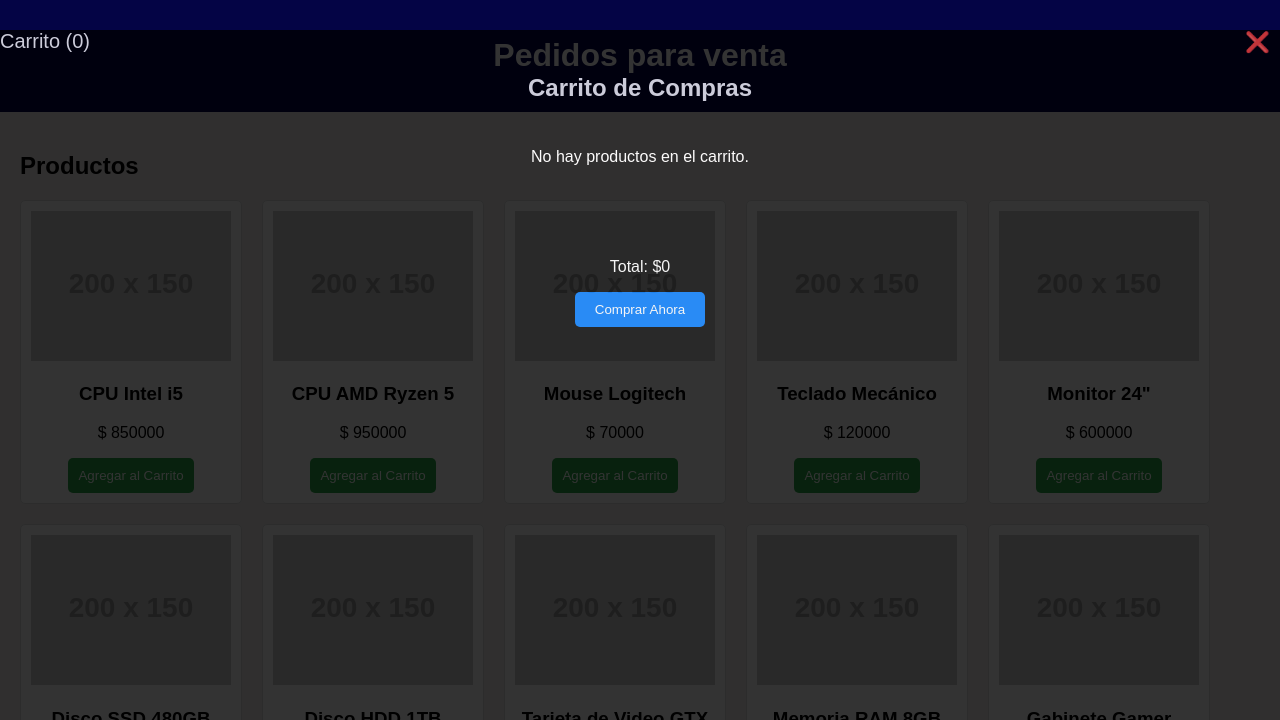
Repository: ye909/RAVPIP
Page: src/templei/ventasPortatil.html
The author's editor kept a copy of each file at every save. The page is drawn from the files as they stood at one save, then again after the next save.
The browser window is 1280 px wide. The pictures show the window.
A layer covers the whole window, so only the first screen is drawn.

Above is the page before, as saved 2025-04-10 08:36:43.
Console error: ReferenceError: updateCart is not defined

### src/templei/ventasPortatil.html


<!DOCTYPE html>
<html lang="es">
<head>
    <meta charset="UTF-8">
    <meta name="viewport" content="width=device-width, initial-scale=1.0">
    <title>Tienda de Medios Tecnológicos</title>
    <link rel="stylesheet" href="../css/ventas.css">
</head>
<body>
  <header>
    <h1>Pedidos para venta </h1>

  </header>

  <main class="containerCarrito">
    <section id="productos">
      <h2>Productos</h2>
      <div class="product-list" id="product-list">

      </div>
    </section>

    <section id="carrito" class="carrito">
      <di class="containerClose">
        <div>
            <li>Carrito (<span id="cart-count">0</span>)</li>
         </div>
        <div id="close">❌</div>
      </di>
      <h2>Carrito de Compras</h2>
      <div id="cart-items">
        <p>No hay productos en el carrito.</p>
      </div>
      <p>Total: $<span id="cart-total">0</span></p>
      <button id="checkout-btn" >Comprar Ahora</button>
    </section>


  </main>

  <!-- <footer>
    <p>&copy; 2023 Tienda de Medios Tecnológicos</p>
  </footer> -->


    <script src="../js/ventas.js"></script>

</body>
</html>

### src/css/ventas.css
body {
  font-family: Arial, sans-serif;
  margin: 0;
  padding: 0;
  background-color: #f4f4f9;
}

header {
  background-color: #040445;
  color: #fff;
  padding: 1rem;
  text-align: center;
}
 li {
list-style: none;
}
main {
  padding: 20px;
  background: #efebeb;

}

.product-list {
  display: flex;
  flex-wrap: wrap;
  gap: 20px;
}
.product {
  background-color: #fff;
  border: 1px solid #ddd;
  border-radius: 5px;
  padding: 10px;
  width: 200px;
  text-align: center;
}

.product img {
  max-width: 100%;
  height: auto;
}

.add-to-cart {
  background-color: #28a745;
  color: #fff;
  border: none;
  padding: 10px;
  cursor: pointer;
  border-radius: 5px;
}

.add-to-cart:hover {
  background-color: #218838;
}
.carrito{
  margin-top: 20px;
}
/* #carrito {

}

h2{
margin-top: 220px;
font-size: 30px;
} */

  #checkout-btn {
    background-color: #007bff;
    color: #fff;
    border: none;
    padding: 10px 20px;
    cursor: pointer;
    border-radius: 5px;
  }

  #checkout-btn:disabled {
    background-color: #ccc;
  }
  .carrito{
    position: fixed;
    top: 10px;
    margin-left: -20px;
 text-align: center;
   background:black;
   width:100%;
   height: 100%;
   color:white;
   opacity: 0.8;
  }
  #cart-items {
    min-height: 100px;
    padding: 10px;
  }
  .containerClose{
    display: flex;
    justify-content: space-between;
    margin-right: 10px;
    font-size: 20px;
    cursor: pointer;
  }
  footer {
    text-align: center;
    padding: 10px;
    background-color: #333;
    color: #fff;
    position: fixed;
    bottom: 0;
    width: 100%;
  }

### src/js/ventas.js


fetch("../js/datos.json")
  .then(response => response.json())
  .then(data =>{

  data.forEach((item)=>{
    const productlist = document.getElementById("product-list")
    const sudcontainer=document.createElement("div")
    sudcontainer.setAttribute("data-id", item.id); // Suponiendo que el JSON tiene un campo "id"
    sudcontainer.setAttribute("data-name", item.name);
    sudcontainer.setAttribute("data-price", item.price);


    sudcontainer.classList.add("product")
    sudcontainer.innerHTML=`
    <img src="${item.image}" alt="Smartphone X">
   <h3>${item.name} </h3>
   <p>$ ${item.price}</p>
   <button class="add-to-cart">Agregar al Carrito</button>
    `
   productlist.appendChild(sudcontainer)
    console.log(productlist)

  })





  const cart = [];
  let cartTotal = 0;

// Función para actualizar el carrito
 function updateCart() {
   const cartItemsDiv = document.getElementById('cart-items');
   const cartCountSpan = document.getElementById('cart-count');
   const cartTotalSpan = document.getElementById('cart-total');
   const checkoutBtn = document.getElementById('checkout-btn');

  // Limpiar el contenido actual del carrito
   cartItemsDiv.innerHTML = '';

   if (cart.length === 0) {
     cartItemsDiv.innerHTML = '<p>No hay productos en el carrito.</p>';
     checkoutBtn.disabled = true;
   } else {
     cart.forEach(item => {
       const itemDiv = document.createElement('div');
       itemDiv.textContent = `${item.name} - $${item.price}`;
       cartItemsDiv.appendChild(itemDiv);
     });
     checkoutBtn.disabled = false;
   }

   // Actualizar el contador y el total
   cartCountSpan.textContent = cart.length;
   cartTotalSpan.textContent = cartTotal.toFixed(2);
 }

 // Agregar productos al carrito
 document.querySelectorAll('.add-to-cart').forEach(button => {
   button.addEventListener('click', () => {
     const productDiv = button.parentElement;
     const productId = productDiv.dataset.id;
     const productName = productDiv.dataset.name;
     const productPrice = parseFloat(productDiv.dataset.price);

//     // Verificar si el producto ya está en el carrito
     const existingItem = cart.find(item => item.id === productId);
     if (existingItem) {
       existingItem.quantity += 1;
     } else {
       cart.push({ id: productId, name: productName, price: productPrice, quantity: 1 });
     }

     // Actualizar el total
     cartTotal += productPrice;

     // Actualizar la vista del carrito
     updateCart();
   });
 });

 document.getElementById("checkout-btn").addEventListener("click",verCarrito)

 function verCarrito() {
  alert("a")
  // const containerCarrito

 }

 document.getElementById("close").addEventListener("click",close)
function close() {
  const carrito=document.getElementById("carrito")

 carrito.style.display="none"
}
} )
 // Inicializar el carrito
 updateCart();

### src/js/datos.json

[
  { "id": 1,
  "name": "CPU Intel i5",
   "price": 850000,
   "image": "https://via.placeholder.com/200x150?text=CPU+Intel+i5" },
  { "id": 2, "name": "CPU AMD Ryzen 5", "price": 950000, "image": "https://via.placeholder.com/200x150?text=Ryzen+5" },
  { "id": 3, "name": "Mouse Logitech", "price": 70000, "image": "https://via.placeholder.com/200x150?text=Mouse" },
  { "id": 4, "name": "Teclado Mecánico", "price": 120000, "image": "https://via.placeholder.com/200x150?text=Teclado" },
  { "id": 5, "name": "Monitor 24\"", "price": 600000, "image": "https://via.placeholder.com/200x150?text=Monitor" },
  { "id": 6, "name": "Disco SSD 480GB", "price": 220000, "image": "https://via.placeholder.com/200x150?text=SSD" },
  { "id": 7, "name": "Disco HDD 1TB", "price": 180000, "image": "https://via.placeholder.com/200x150?text=HDD" },
  { "id": 8, "name": "Tarjeta de Video GTX 1660", "price": 1350000, "image": "https://via.placeholder.com/200x150?text=GPU" },
  { "id": 9, "name": "Memoria RAM 8GB", "price": 140000, "image": "https://via.placeholder.com/200x150?text=RAM+8GB" },
  { "id": 10, "name": "Gabinete Gamer", "price": 250000, "image": "https://via.placeholder.com/200x150?text=Gabinete" },
  { "id": 11, "name": "Fuente de poder 600W", "price": 180000, "image": "https://via.placeholder.com/200x150?text=PSU+600W" },
  { "id": 12, "name": "Mousepad XL", "price": 40000, "image": "https://via.placeholder.com/200x150?text=Mousepad" },
  { "id": 13, "name": "Cooler para CPU", "price": 85000, "image": "https://via.placeholder.com/200x150?text=Cooler" },
  { "id": 14, "name": "Cámara Web HD", "price": 90000, "image": "https://via.placeholder.com/200x150?text=Webcam" },
  { "id": 15, "name": "Audífonos Gamer", "price": 110000, "image": "https://via.placeholder.com/200x150?text=Headset" },
  { "id": 16, "name": "Tarjeta madre Intel", "price": 480000, "image": "https://via.placeholder.com/200x150?text=Motherboard" },
  { "id": 17, "name": "Tarjeta madre AMD", "price": 500000, "image": "https://via.placeholder.com/200x150?text=Motherboard+AMD" },
  { "id": 18, "name": "Router Wi-Fi", "price": 130000, "image": "https://via.placeholder.com/200x150?text=Router" },
  { "id": 19, "name": "Impresora multifuncional", "price": 600000, "image": "https://via.placeholder.com/200x150?text=Impresora" },
  { "id": 20, "name": "USB 64GB", "price": 45000, "image": "https://via.placeholder.com/200x150?text=USB+64GB" },
  { "id": 21, "name": "Disco Externo 2TB", "price": 370000, "image": "https://via.placeholder.com/200x150?text=Disco+Externo" },
  { "id": 22, "name": "Switch de red", "price": 160000, "image": "https://via.placeholder.com/200x150?text=Switch" },
  { "id": 23, "name": "Cable HDMI", "price": 25000, "image": "https://via.placeholder.com/200x150?text=HDMI" },
  { "id": 24, "name": "Cable SATA", "price": 15000, "image": "https://via.placeholder.com/200x150?text=SATA" },
  { "id": 25, "name": "Antena Wi-Fi USB", "price": 30000, "image": "https://via.placeholder.com/200x150?text=Antena+WiFi" },
  { "id": 26, "name": "Adaptador USB-C", "price": 20000, "image": "https://via.placeholder.com/200x150?text=USB-C" },
  { "id": 27, "name": "Soporte Monitor", "price": 60000, "image": "https://via.placeholder.com/200x150?text=Soporte" },
  { "id": 28, "name": "Lector de tarjetas", "price": 28000, "image": "https://via.placeholder.com/200x150?text=Lector" },
  { "id": 29, "name": "Batería portátil", "price": 85000, "image": "https://via.placeholder.com/200x150?text=Power+Bank" },
  { "id": 30, "name": "Hub USB 4 Puertos", "price": 55000, "image": "https://via.placeholder.com/200x150?text=USB+Hub" }
]

After the next save:
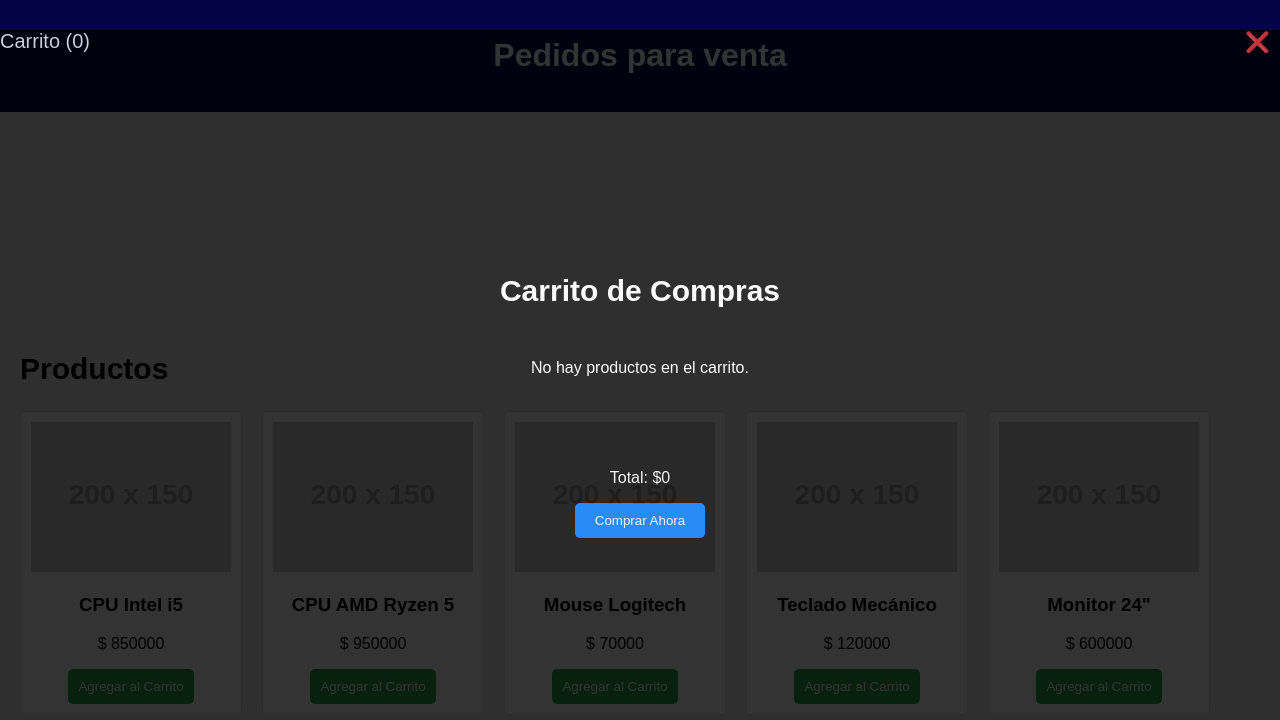
Saved 31 s later.
--- a/src/css/ventas.css
+++ b/src/css/ventas.css
@@ -54,14 +54,10 @@ main {
 .carrito{
   margin-top: 20px;
 }
-/* #carrito {
-
-}
-
 h2{
-margin-top: 220px;
-font-size: 30px;
-} */
+  margin-top: 220px;
+  font-size: 30px;
+  }
 
   #checkout-btn {
     background-color: #007bff;
